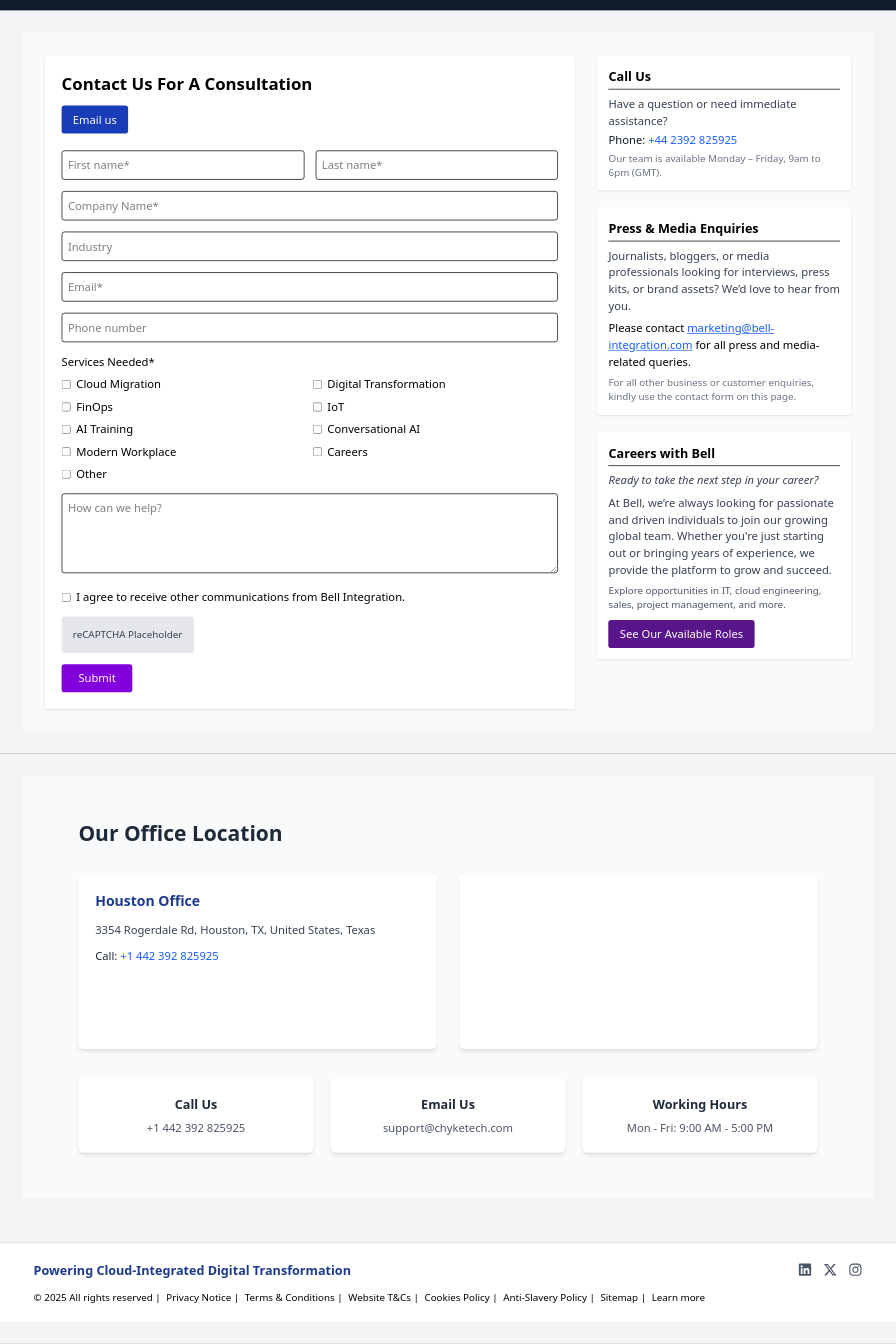
Repository: chykesure/cloudsentrics_
Page: /contact
The author's editor kept a copy of each file at every save. The page is drawn from the files as they stood at one save, then again after the next save.
The browser window is 1280 px wide. The pictures show the part of the page from y = 757 to 2677 px (the page is 2677 px tall), at 70% of full size.
Pictures or frames that could not be fetched are drawn as grey boxes. The project was rebuilt for these pictures with package versions that can differ from the ones it lists, and the page was loaded fresh each time. Also part of the build but not shown: vite.config.js, src/pages/Header.jsx, src/pages/Footer.jsx, src/pages/students/Reviews.jsx, src/pages/students/Testimony.jsx, src/pages/students/TestimonyLanding.jsx, src/pages/LandingPage.jsx, src/pages/students/Header.jsx and 41 more.

Above is the page before, as saved 2025-04-09 12:47:20.

### src/index.css
@import "tailwindcss";

@keyframes zoomInOut {
    0% {
        transform: scale(1);
    }
    100% {
        transform: scale(1.1);
    }
}

.zoom-animation {
    animation: zoomInOut 5s infinite alternate ease-in-out;

}

### src/App.jsx
import { BrowserRouter as Router, Routes, Route } from "react-router-dom";
import LandingPage from "./pages/LandingPage";
import StudentPage from "./pages/students/StudentPage";
import AboutUs from "./pages/students/AboutUs/AboutUs";
import "./App.css";
import AWS from "./pages/students/courses/AWS";
import DevSecOps from "./pages/students/courses/DevSecOps";
import AZURE from "./pages/students/courses/AZURE";
import Blogs from "./pages/students/blogs/Blogs";
import EventsPage from "./pages/students/events/EventsPage";
import FloatsButtons from "./pages/FloatsButtons";
import PartnerPage from "./pages/partners/home/PartnerPage";
import Ai from "./pages/partners/menu/ai";
import CloudSecurity from "./pages/partners/menu/cloudsecurity";
import IOT from "./pages/partners/menu/iot";
import Technology from "./pages/partners/menu/technology";
import Workplace from "./pages/partners/menu/workplace";
import InsightMenu from "./pages/partners/main_menu/insight";
import NewsPage from "./pages/partners/main_menu/news";
import CaseStudy from "./pages/partners/main_menu/casestudy";
import AboutCloud from "./pages/partners/main_menu/aboutus";
import Careers from "./pages/partners/main_menu/careers";
import ContactUs from "./pages/partners/main_menu/contact";

function App() {
  return (
    <Router>
      <div className="flex flex-col min-h-screen">
        {/* Floating Buttons will always be visible */}
        <FloatsButtons />

        <div className="flex-grow pt-20"> {/* Adjust padding-top based on header height */}
          <Routes>

            {/* Student Section */}
            <Route path="/" element={<LandingPage />} />
            <Route path="/StudentPage" element={<StudentPage />} />
            <Route path="/about" element={<AboutUs />} />
            <Route path="/courses/AWS" element={<AWS />} />
            <Route path="/courses/Azure" element={<AZURE />} />
            <Route path="/courses/DevSecOps" element={<DevSecOps />} />
            <Route path="/blog" element={<Blogs />} />
            <Route path="/events" element={<EventsPage />} />

            {/* The Partner Section */}
            <Route path="/PartnerPage" element={<PartnerPage />} />
            <Route path="/ai" element={<Ai />} />
            <Route path="/cloud-security" element={<CloudSecurity />} />
            <Route path="/iot" element={<IOT />} />
            <Route path="/technology" element={<Technology />} />
            <Route path="/modern-workplace" element={<Workplace />} />
            <Route path="/insights" element={<InsightMenu />} />
            <Route path="/news" element={<NewsPage />} />
            <Route path="/case-studies" element={<CaseStudy />} />
            <Route path="/about-cloudsentrics" element={<AboutCloud />} />
            <Route path="/careers" element={<Careers />} />
            <Route path="/contact" element={<ContactUs />} />
          </Routes>
        </div>
      </div>
    </Router>
  );
}

export default App;

### src/pages/FloatsButtons.jsx
import { FaWhatsapp, FaArrowUp } from "react-icons/fa";
import { motion } from "framer-motion";

const FloatsButtons = () => {
    const scrollToTop = () => {
        window.scrollTo({ top: 0, behavior: "smooth" });
    };

    return (
        <>
            {/* Floating WhatsApp Button (Left) */}
            <motion.a
                href="https://wa.me/message/62QVNSESZ56FC1"
                target="_blank"
                rel="noopener noreferrer"
                className="fixed bottom-6 left-6 bg-green-500 text-white p-4 rounded-full shadow-lg flex items-center justify-center z-50"
                title="Chat with us on WhatsApp"
                animate={{ y: [0, -10, 0] }}
                transition={{ duration: 1.5, repeat: Infinity, repeatType: "reverse", ease: "easeInOut" }}
                whileHover={{ scale: 1.2 }}
            >
                <FaWhatsapp size={28} />
            </motion.a>

            {/* Floating Back to Top Button (Right) */}
            <motion.button
                onClick={scrollToTop}
                className="fixed bottom-6 right-6 bg-[#1e4272] text-white p-4 rounded-full shadow-lg flex items-center justify-center z-50"
                title="Back to Top"
                animate={{ y: [0, -10, 0] }}
                transition={{ duration: 1.5, repeat: Infinity, repeatType: "reverse", ease: "easeInOut" }}
                whileHover={{ scale: 1.2 }}
            >
                <FaArrowUp size={28} />
            </motion.button>
        </>
    );
};

export default FloatsButtons;

### src/pages/partners/main_menu/contact.jsx
import React from "react";
import Header from "../Header";
import { motion } from "framer-motion";
import { Link } from "react-router-dom";
import Footer from "../home/Footer";
import SearchArticles from "./search";
import ContactForm from "./contactother";
import ContactMap from "./contactmap";

const logo = "/assets/logo.jpg";
const heroImage = "/assets/contact.jpg";

const ContactUs = () => {
    return (
        <div className="min-h-screen bg-[#0d1b2a] text-white">
            {/* Header Section */}
            <div className="flex justify-center px-6 md:px-12 py-6 bg-white shadow-lg w-full h-28 md:h-32 lg:h-40">
                <div className="flex items-center justify-between w-full max-w-[1200px] mx-auto h-full">

                    {/* Left: Logo and Branding - Fully Left-Aligned */}
                    <div className="absolute left-0 flex items-center w-auto h-full">
                        <Link to="/PartnerPage">
                            <img
                                src={logo}
                                alt="Cloudsentrics Logo"
                                className="h-20 md:h-28 lg:h-34 w-auto ml-9 transition-all duration-300"
                            />
                        </Link>
                    </div>

                    {/* Right: Navigation Menu - Centered */}
                    <motion.div
                        className="hidden md:flex flex-grow justify-center items-center space-x-6 lg:space-x-10 text-lg md:text-xl font-bold text-[#1e1e1e] tracking-wide h-full"
                        initial={{ opacity: 0, y: -10 }}
                        animate={{ opacity: 1, y: 0 }}
                        transition={{ duration: 0.6, ease: "easeOut" }}
                    >
                        {[
                            { label: "AI", path: "/ai" },
                            { label: "CLOUD & SECURITY", path: "/cloud-security" },
                            { label: "IOT", path: "/iot" },
                            { label: "MODERN WORKPLACE", path: "/modern-workplace" },
                            { label: "TECHNOLOGY", path: "/technology" }
                        ].map((item, index) => (
                            <Link key={index} to={item.path}>
                                <motion.span
                                    className="cursor-pointer transition-all duration-300 hover:text-blue-600 hover:scale-105 whitespace-nowrap"
                                    whileHover={{ scale: 1.1 }}
                                >
                                    {item.label}
                                </motion.span>
                            </Link>
                        ))}
                    </motion.div>

                </div>
            </div>



            <Header />

            <section className="container mx-auto flex flex-col md:flex-row gap-6 px-4 py-10">
                {/* Left Content */}
                <div className="flex-1 space-y-6">
                    <div>
                        <p className="text-sm text-gray-600 font-semibold">Contact Us</p>
                        <h2 className="text-3xl font-bold border-l-4 border-blue-700 pl-4 mt-2">
                        Get In Touch with <br/>Cloud Sentrics Integration
                        </h2>
                    </div>

                    <div className="bg-white p-6 shadow rounded-xl space-y-4">
                        <p className="text-lg font-semibold text-gray-800">
                        Headquartered in the UK and with offices and operations across the globe, we work with local and international customers to streamline every aspect of their IT management strategies to maximise efficiencies and increase their ROI, year on year.
                        </p>
                        <p className="font-semibold text-gray-800">
                            Head-quartered in the UK and employing over 1000 people across the globe.
                        </p>
                        <p className="text-sm text-gray-700">
                            We are trusted by many global Fin-techs, Telco’s, and government and public sector organisations. Our customers depend on us to ensure their IT services and infrastructure are always available, scalable, sustainable, and resilient.
                        </p>
                    </div>
                </div>

                {/* Right Image */}
                <div className="flex-1">
                    <div className="w-full h-full max-h-[500px] overflow-hidden rounded-xl shadow-lg">
                        <img
                            src={heroImage}
                            alt="Skyscraper"
                            className="w-full h-full object-cover"
                        />
                    </div>
                </div>
            </section>


            <section className="px-4 sm:px-6 md:px-6 lg:px-8 py-8 bg-gray-100">
                <ContactForm />
            </section>


            <section className="px-4 sm:px-6 md:px-6 lg:px-8 py-8 bg-gray-100">
                <ContactMap />
            </section>

            {/* Footer Section */}
            <section className="px-0 sm:px-0 md:px-0 lg:px-0 py-8 bg-gray-100 w-full">
                <Footer />
            </section>

        </div>
    );
};

export default ContactUs;

### src/pages/partners/Header.jsx
import { useState, useEffect } from "react";
import { FaSearch, FaPhone, FaBars, FaTimes } from "react-icons/fa";
import { Link } from "react-router-dom";
import { motion } from "framer-motion";

const Header = () => {
  const [menuOpen, setMenuOpen] = useState(false);
  const [expiry, setExpiry] = useState({ days: 203, hours: 2, minutes: 43, seconds: 8 });

  useEffect(() => {
    const timer = setInterval(() => {
      setExpiry((prev) => {
        let { days, hours, minutes, seconds } = prev;
        if (seconds > 0) {
          seconds -= 1;
        } else {
          seconds = 59;
          if (minutes > 0) {
            minutes -= 1;
          } else {
            minutes = 59;
            if (hours > 0) {
              hours -= 1;
            } else {
              hours = 23;
              if (days > 0) days -= 1;
            }
          }
        }
        return { days, hours, minutes, seconds };
      });
    }, 1000);

    return () => clearInterval(timer);
  }, []);

  return (
    <header className="bg-[#1e4272] text-white flex items-center justify-between px-6 py-4 fixed top-0 left-0 w-full z-50 shadow-md">
      {/* Windows 10 Expiry Countdown */}
      <div className="flex items-center gap-3 text-sm">
        {/* Countdown content here if needed */}
      </div>

      {/* Updated Desktop Navigation with Framer Motion and React Router */}
      <motion.div
        className="hidden lg:flex flex-grow justify-center items-center space-x-6 lg:space-x-10 text-lg lg:text-xl font-semibold tracking-wide h-full"
        initial={{ opacity: 0, y: -10 }}
        animate={{ opacity: 1, y: 0 }}
        transition={{ duration: 0.6, ease: "easeOut" }}
      >
        {[
          { label: "INSIGHTS", path: "/insights" },
          { label: "NEWS", path: "/news" },
          { label: "CASE STUDIES", path: "/case-studies" },
          { label: "ABOUT CLOUD-SENTRICS", path: "/about-cloudsentrics" },
          { label: "CAREERS", path: "/careers" },
          { label: "CONTACT", path: "/contact" },
        ].map((item, index) => (
          <Link key={index} to={item.path}>
            <motion.span
              className="relative cursor-pointer transition-all duration-300 group hover:text-blue-400 whitespace-nowrap"
              whileHover={{ scale: 1.1 }}
            >
              {item.label}
              <span className="absolute left-0 bottom-0 w-0 h-[3px] bg-white transition-all duration-300 group-hover:w-full"></span>
            </motion.span>
          </Link>
        ))}
      </motion.div>

      {/* Contact and Search */}
      <div className="hidden lg:flex items-center gap-4">
        <a
          href="tel:+442392825925"
          className="flex items-center gap-1 text-sm font-semibold transition-all duration-300 hover:text-gray-300"
        >
          <FaPhone /> +1 346-399-8985
        </a>
        <button className="text-white transition-all duration-300 hover:text-gray-300">
          <FaSearch />
        </button>
      </div>

      {/* Mobile Menu Button */}
      <button
        className="lg:hidden text-xl transition-transform transform hover:scale-110"
        onClick={() => setMenuOpen(!menuOpen)}
      >
        {menuOpen ? <FaTimes /> : <FaBars />}
      </button>

      {/* Mobile Navigation with Slide-in Effect */}
      <div
        className={`fixed top-14 left-0 w-full bg-[#1e4272] shadow-md p-4 flex flex-col items-center gap-4 text-sm transform transition-transform duration-500 ${
          menuOpen ? "translate-x-0" : "-translate-x-full"
        }`}
      >
        {["Powering Cloud-Integrated Digital Transformation"].map((item, index) => (
          <a key={index} href="#" className="text-3xl font-semibold transition-all duration-300 hover:scale-110">
            {item}
          </a>
        ))}
        <a href="tel:+442392825925" className="flex items-center gap-1 text-sm font-semibold">
          <FaPhone /> +1 346-399-8985
        </a>
        <button className="text-white transition-all duration-300 hover:text-gray-300">
          <FaSearch />
        </button>
      </div>
    </header>
  );
};

export default Header;

### src/pages/partners/home/Footer.jsx
import React from 'react';
import { FaLinkedin, FaXTwitter, FaInstagram } from 'react-icons/fa6';
import { Link } from 'react-router-dom';

function Footer() {
    return (
        <footer className="bg-white text-black py-6 border-t border-gray-300 text-sm w-full">
            <div className="w-full px-6 lg:px-12">
                {/* Main Footer Section */}
                <div className="flex flex-col md:flex-row justify-between items-center text-center md:text-left">
                    <h3 className="font-bold text-lg text-blue-900">Powering Cloud-Integrated Digital Transformation</h3>

                    {/* Social Icons */}
                    <div className="flex space-x-4 mt-4 md:mt-0">
                        <a href="https://www.linkedin.com/posts/cloud-sentrics_cloud-sentrics-linkedin-activity-7291379079860117505-ve54?utm_source=share&utm_medium=member_android" target="_blank" rel="noopener noreferrer" className="text-gray-600 hover:text-black">
                            <FaLinkedin size={20} />
                        </a>
                        <a href="https://x.com/CloudSentrics" target="_blank" rel="noopener noreferrer" className="text-gray-600 hover:text-black">
                            <FaXTwitter size={20} />
                        </a>
                        <a href="https://www.instagram.com/cloudsentrics/" target="_blank" rel="noopener noreferrer" className="text-gray-600 hover:text-black">
                            <FaInstagram size={20} />
                        </a>
                    </div>
                </div>

                {/* Footer Links */}
                <div className="mt-4 text-center md:text-left">
                    <p>© {new Date().getFullYear()} All rights reserved |
                        <Link to="#" className="ml-2 hover:text-blue-600">Privacy Notice</Link> |
                        <Link to="#" className="ml-2 hover:text-blue-600">Terms & Conditions</Link> |
                        <Link to="#" className="ml-2 hover:text-blue-600">Website T&Cs</Link> |
                        <Link to="#" className="ml-2 hover:text-blue-600">Cookies Policy</Link> |
                        <Link to="#" className="ml-2 hover:text-blue-600">Anti-Slavery Policy</Link> |
                        <Link to="#" className="ml-2 hover:text-blue-600">Sitemap</Link> |
                        <Link to="#" className="ml-2 hover:text-blue-600">Learn more</Link>
                    </p>
                </div>
            </div>
        </footer>
    );
}

export default Footer;

### src/pages/partners/main_menu/contactmap.jsx
import React from "react";

const ContactMap = () => {
  return (
    <div className="bg-[#f9fafb] py-16 px-4 sm:px-6 lg:px-20">
      <h2 className="text-3xl font-semibold text-gray-800 mb-10">Our Office Location</h2>

      <div className="grid grid-cols-1 md:grid-cols-2 gap-8 mb-10">
        {/* Left Card: Office Info */}
        <div className="bg-white rounded-lg shadow-md p-6">
          <h3 className="text-xl font-bold text-blue-900 mb-4">Houston Office</h3>
          <p className="text-gray-700 mb-3">
            3354 Rogerdale Rd, Houston, TX, United States, Texas
          </p>
          <p className="text-gray-800 font-medium">
            Call: <a href="tel:+1442392825925" className="text-blue-600">+1 442 392 825925</a>
          </p>
        </div>

        {/* Right Card: Google Map */}
        <div className="bg-white rounded-lg shadow-md overflow-hidden">
          <iframe
            title="Houston Office Map"
            src="https://www.google.com/maps/embed?pb=!1m18!1m12!1m3!1d13807.84773977804!2d-95.56307065!3d29.72636405!2m3!1f0!2f0!3f0!3m2!1i1024!2i768!4f13.1!3m3!1m2!1s0x8640c4fd9d2f11d1%3A0x3dcb9674fa5e6f01!2s3354%20Rogerdale%20Rd%2C%20Houston%2C%20TX%2077036%2C%20USA!5e0!3m2!1sen!2sng!4v1712663541234!5m2!1sen!2sng"
            width="100%"
            height="250"
            style={{ border: "0" }}
            allowFullScreen=""
            loading="lazy"
          ></iframe>
        </div>
      </div>

      {/* Bottom Info Boxes Below the Map */}
      <div className="grid grid-cols-1 sm:grid-cols-2 md:grid-cols-3 gap-6">
        <div className="bg-white rounded-lg shadow-md p-6 text-center">
          <h4 className="text-lg font-semibold text-gray-800 mb-2">Call Us</h4>
          <p className="text-gray-600">+1 442 392 825925</p>
        </div>
        <div className="bg-white rounded-lg shadow-md p-6 text-center">
          <h4 className="text-lg font-semibold text-gray-800 mb-2">Email Us</h4>
          <p className="text-gray-600">support@chyketech.com</p>
        </div>
        <div className="bg-white rounded-lg shadow-md p-6 text-center">
          <h4 className="text-lg font-semibold text-gray-800 mb-2">Working Hours</h4>
          <p className="text-gray-600">Mon - Fri: 9:00 AM - 5:00 PM</p>
        </div>
      </div>
    </div>
  );
};

export default ContactMap;

Loaded but not shown: index.html (common file); src/main.jsx (common file); src/pages/students/AboutUs/AboutUs.jsx (399 lines, source omitted); src/pages/partners/main_menu/contactother.jsx (215 lines, source omitted)

After the next save:
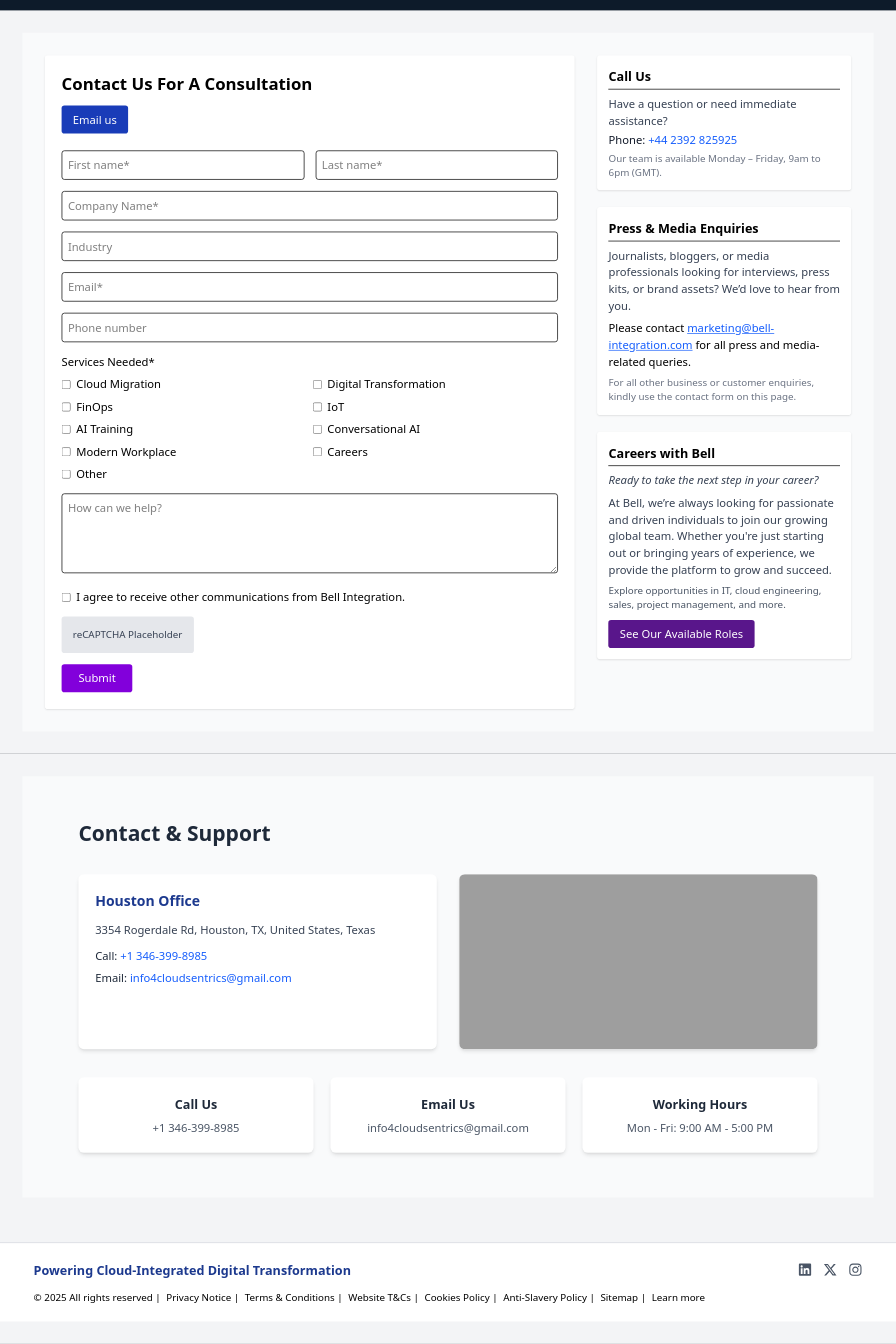
Saved 103 s later.
--- a/src/pages/partners/main_menu/contactmap.jsx
+++ b/src/pages/partners/main_menu/contactmap.jsx
@@ -3,7 +3,7 @@
 const ContactMap = () => {
   return (
     <div className="bg-[#f9fafb] py-16 px-4 sm:px-6 lg:px-20">
-      <h2 className="text-3xl font-semibold text-gray-800 mb-10">Our Office Location</h2>
+      <h2 className="text-3xl font-semibold text-gray-800 mb-10">Contact & Support</h2>
 
       <div className="grid grid-cols-1 md:grid-cols-2 gap-8 mb-10">
         {/* Left Card: Office Info */}
@@ -12,8 +12,17 @@
           <p className="text-gray-700 mb-3">
             3354 Rogerdale Rd, Houston, TX, United States, Texas
           </p>
+          <p className="text-gray-800 font-medium mb-2">
+            Call:{" "}
+            <a href="tel:+13463998985" className="text-blue-600">
+              +1 346-399-8985
+            </a>
+          </p>
           <p className="text-gray-800 font-medium">
-            Call: <a href="tel:+1442392825925" className="text-blue-600">+1 442 392 825925</a>
+            Email:{" "}
+            <a href="mailto:info4cloudsentrics@gmail.com" className="text-blue-600">
+              info4cloudsentrics@gmail.com
+            </a>
           </p>
         </div>
 
@@ -35,11 +44,11 @@
       <div className="grid grid-cols-1 sm:grid-cols-2 md:grid-cols-3 gap-6">
         <div className="bg-white rounded-lg shadow-md p-6 text-center">
           <h4 className="text-lg font-semibold text-gray-800 mb-2">Call Us</h4>
-          <p className="text-gray-600">+1 442 392 825925</p>
+          <p className="text-gray-600">+1 346-399-8985</p>
         </div>
         <div className="bg-white rounded-lg shadow-md p-6 text-center">
           <h4 className="text-lg font-semibold text-gray-800 mb-2">Email Us</h4>
-          <p className="text-gray-600">support@chyketech.com</p>
+          <p className="text-gray-600">info4cloudsentrics@gmail.com</p>
         </div>
         <div className="bg-white rounded-lg shadow-md p-6 text-center">
           <h4 className="text-lg font-semibold text-gray-800 mb-2">Working Hours</h4>
